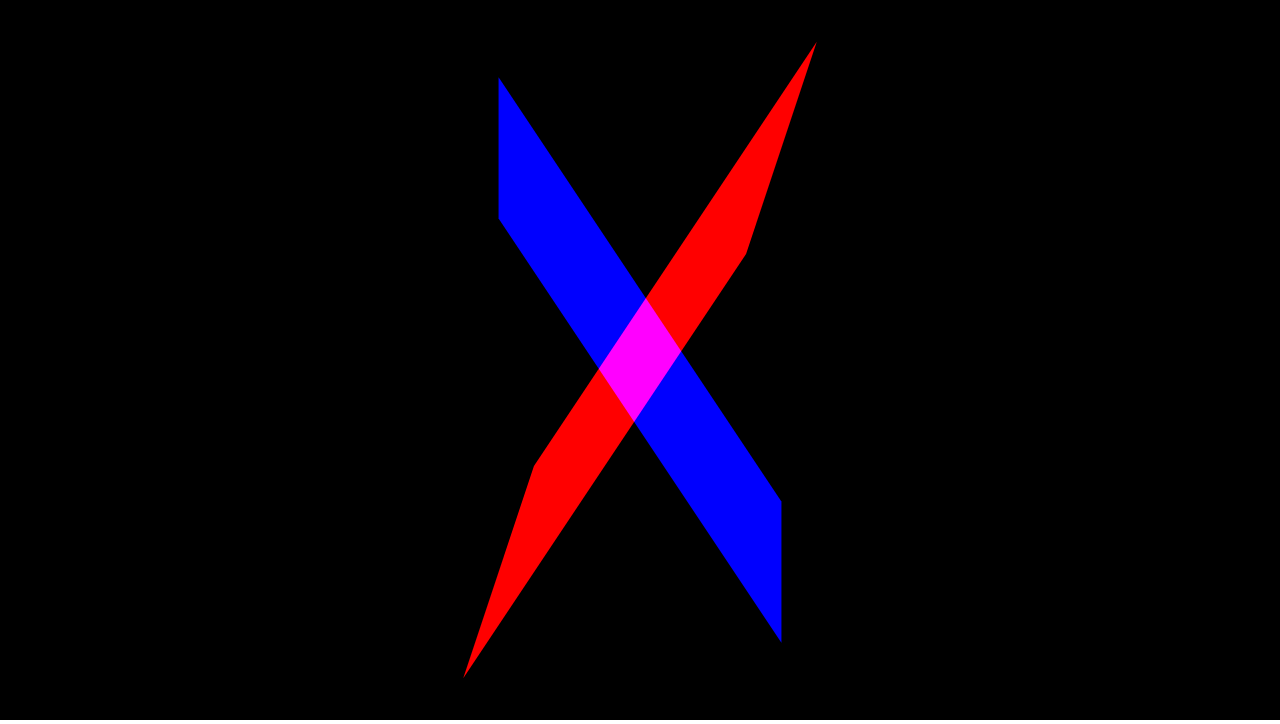
Repository: tourn171/canvasBlogAssets
Page: Chapter1/Chapter1 Ex/EX4/ex4.html
The author's editor kept a record of every edit. The page is drawn from the files as they stood at one moment, then again after the next edit.
The browser window is 1280 px wide. The pictures show the whole page.

Above is the page before.

### Chapter1/Chapter1 Ex/EX4/ex4.html
<!DOCTYPE html>
<html>
    <head>
        <link rel="stylesheet" href="../ex.css" type="text/css" />
    </head>
    <body>
        <canvas id="canvas">No Canvas Support. Get a modern browser try this one: <a href="https://www.mozilla.org/en-US/firefox/new/">Mozilla Firefox</a></canvas>
        <script type="text/javascript" src="ex4.js"></script>
    </body>
</html>

### Chapter1/Chapter1 Ex/EX4/ex4.js
var canvas = document.getElementById('canvas').getContext('2d');

var W = window.innerWidth,
    H = window.innerHeight;


canvas.canvas.width = W;
canvas.canvas.height = H;

canvas.fillStyle = "black";
canvas.fillRect(0,0,W,H);

canvas.fillStyle = "red";
canvas.save();
canvas.translate(W/2 , H/2);
canvas.rotate(45 * Math.PI / 180);


canvas.save();

canvas.transform(1,2,1,5,0,0);

canvas.fillRect(-50,-50,100,100);
canvas.restore();
canvas.save();
canvas.globalCompositeOperation = "lighter";
canvas.transform(1,1, 5,1,0,0);
canvas.fillStyle = "blue";
canvas.fillRect(-50, -50, 100,100);

Loaded but not shown: Chapter1/Chapter1 Ex/ex.css (common file)

After the next edit:
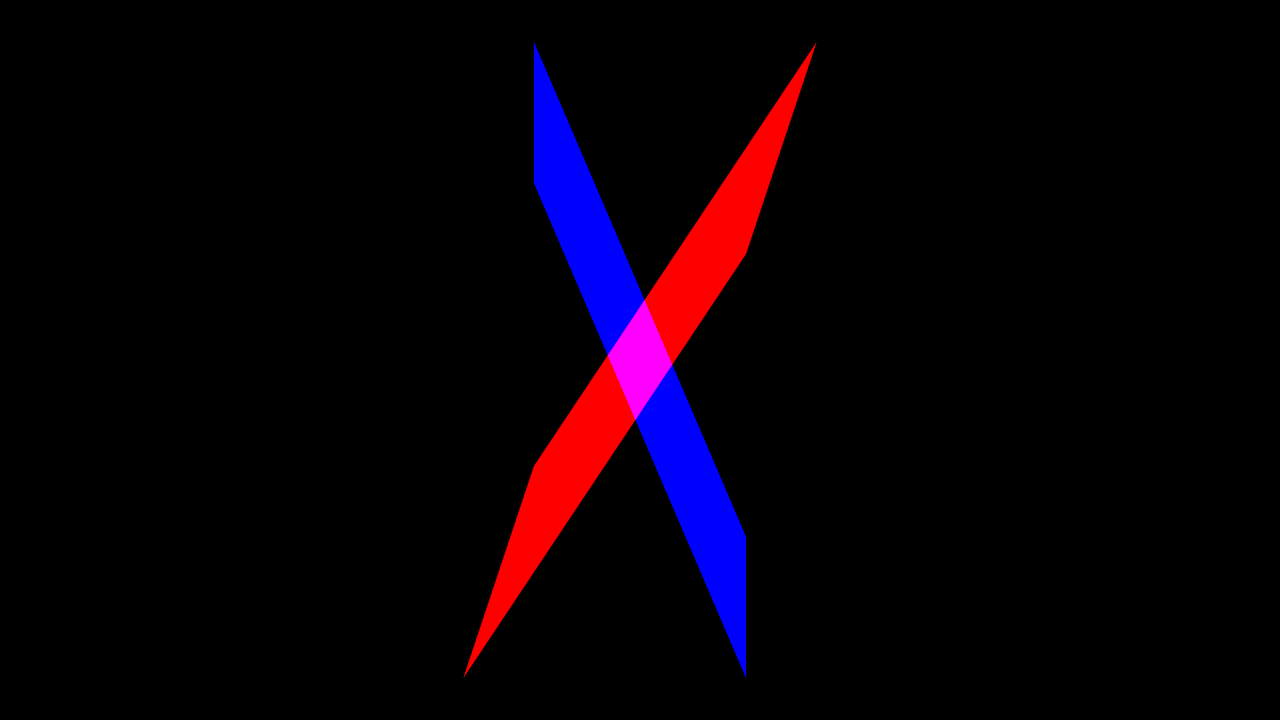
The edit:
--- a/Chapter1/Chapter1 Ex/EX4/ex4.js
+++ b/Chapter1/Chapter1 Ex/EX4/ex4.js
@@ -24,6 +24,6 @@
 canvas.restore();
 canvas.save();
 canvas.globalCompositeOperation = "lighter";
-canvas.transform(1,1, 5,1,0,0);
+canvas.transform(1,1, 5,2,0,0);
 canvas.fillStyle = "blue";
 canvas.fillRect(-50, -50, 100,100);
